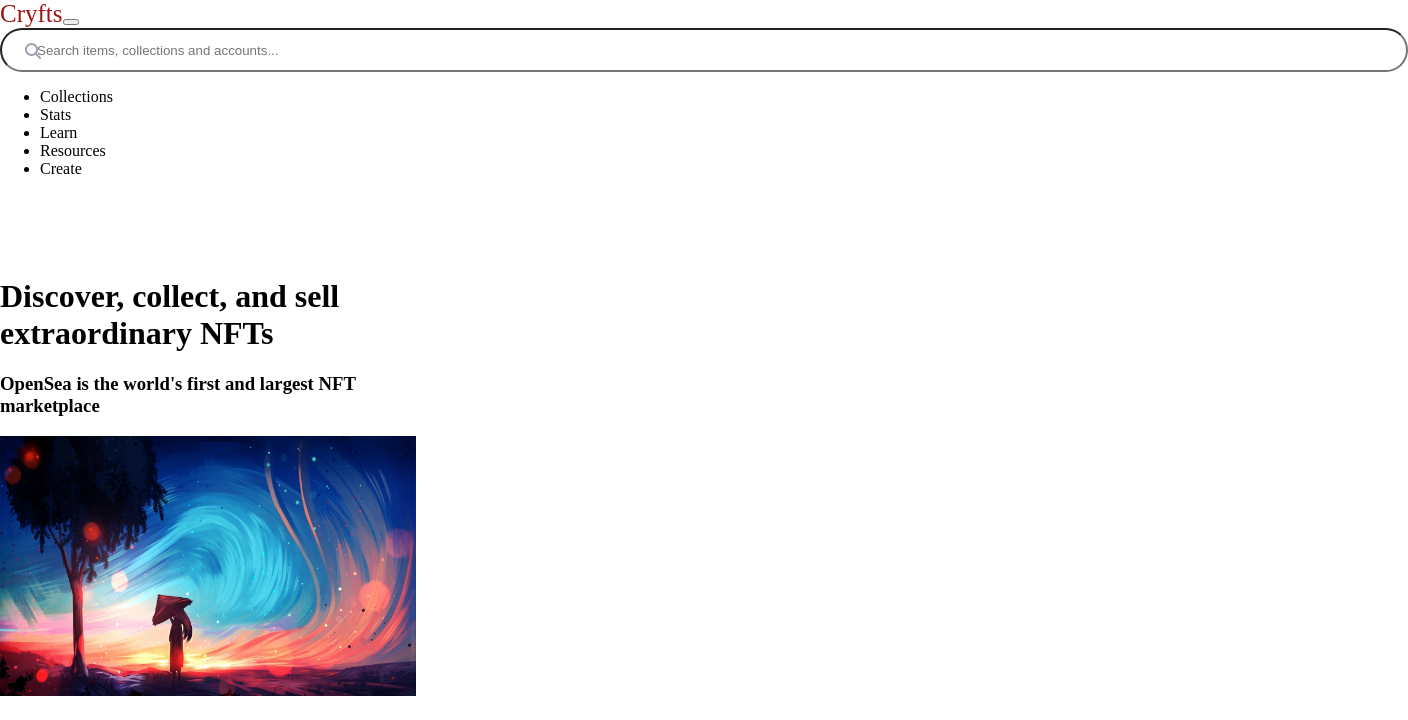
Repository: Huzaifa-2609/opensea_project
Page: /
The author's editor kept a copy of each file at every save. The page is drawn from the files as they stood at one save, then again after the next save.
The browser window is 1280 px wide. The page is 1408 px wide, so the pictures cover 1408 px, including what lies to the right of the window. The pictures show the whole page.
Some web libraries are served in a nearby version. The project was rebuilt for these pictures with package versions that can differ from the ones it lists, and the page was loaded fresh each time. The framework's server and built-in components were replaced by stand-ins that run in the browser. Also part of the build but not shown: next.config.js, styles/Home.module.css.

Above is the page before, as saved 2022-07-09 17:57:09.

### pages/_app.js
import Navbar from '../components/Navbar'
import '../styles/globals.css'
import Head from "next/head"
import Script from 'next/script'
import "../styles/hero.css"
function MyApp({ Component, pageProps }) {
  return(
    <>
    <Script src="https://kit.fontawesome.com/30bda3e318.js" crossorigin="anonymous"></Script>
    <Script src="https://cdn.jsdelivr.net/npm/bootstrap@5.2.0-beta1/dist/js/bootstrap.bundle.min.js" integrity="sha384-pprn3073KE6tl6bjs2QrFaJGz5/SUsLqktiwsUTF55Jfv3qYSDhgCecCxMW52nD2" crossOrigin="anonymous"></Script>
    <Navbar title={"Cryfts"}/>
  <Component {...pageProps} />
  </>
  )
}

export default MyApp

### pages/_document.js
import { Html, Head, Main, NextScript } from 'next/document'

export default function Document() {
  return (
    <Html>
      <Head>
      <link href="https://cdn.jsdelivr.net/npm/bootstrap@5.2.0-beta1/dist/css/bootstrap.min.css" rel="stylesheet" integrity="sha384-0evHe/X+R7YkIZDRvuzKMRqM+OrBnVFBL6DOitfPri4tjfHxaWutUpFmBp4vmVor" crossOrigin="anonymous"/>
      </Head>
      <body>
        <Main />
        <NextScript />
      </body>
    </Html>
  )
}

### pages/index.js
import Head from 'next/head'
import Image from 'next/image'
import Hero from '../components/Hero'
import styles from '../styles/Home.module.css'

export default function Home() {
  return (
    <>
    <div>
      <Head>
        <title>Create Next App</title>
        <meta name="description" content="Generated by create next app" />
        <link rel="icon" href="/favicon.ico" />
      </Head>
         </div>
      <Hero/>
      </>
  )
}

### components/Navbar.js
import React from 'react'
import Link from 'next/link'
import { useRouter } from 'next/router'
const Navbar = (props) => {
  const location=useRouter();
  return (
    <div>
      <nav className="navbar shadow-sm fixed-top navbar-expand-lg navbar-light">
  <div className="container-fluid">
    <a className="navbar-brand text-color fw-bolder ml-2" href="/">{props.title}</a>
    <button className="navbar-toggler" type="button" data-bs-toggle="collapse" data-bs-target="#navbarSupportedContent" aria-controls="navbarSupportedContent" aria-expanded="false" aria-label="Toggle navigation">
      <span className="navbar-toggler-icon"></span>
    </button>

    <div className="collapse navbar-collapse" style={{width:"50%"}} id="navbarSupportedContent">

            <div className="row height d-flex justify-content-center align-items-center">

                <div className="form">
                  <i className="fa fa-search"></i>
                  <input type="text" className="form-control form-input" placeholder="Search items, collections and accounts..."/>
                </div>

            </div>


      <ul className="navbar-nav gap-4 m-auto mb-2 mb-lg-0 fw-bold" style={location.pathname==="/signup"?{visibility:"hidden"}:{}}>
      <li className="nav-item">
          <Link href="/collections/0x7132e1d414161A232c2027aE6C66D7914649bA66"><a className="nav-link " aria-current="page" >Collections</a></Link>
        </li>
        <li className="nav-item">
          <Link href="/"><a className="nav-link" aria-current="page" >Stats</a></Link>
        </li>
        <li className="nav-item">
          <Link href="/"><a className="nav-link " >Learn</a></Link>
        </li>

        <li className="nav-item dropdown">
          <Link href="/"><a className="nav-link dropdown-toggle pe-none"  id="navbarDropdown" role="button" data-bs-toggle="dropdown" aria-expanded="false">
            Resources
          </a></Link>
          <ul className="dropdown-menu" aria-labelledby="navbarDropdown">
            <li><Link href="/"><a className="dropdown-item" >Action</a></Link></li>
            <li><Link href="/"><a className="dropdown-item" >Another action</a></Link></li>
            <li><hr className="dropdown-divider"/></li>
            <li><Link href="/"><a className="dropdown-item" >Something else here</a></Link></li>
          </ul>
        </li>
        <li className="nav-item">
          <Link  href="/"><a className="nav-link">Create</a></Link>
        </li>
      </ul >
      {/* <form className="d-flex" role="search">
        <ul className="navbar-nav gap-3 media" style={location.pathname==="/signup"?{display:"none"}:{}}>
      <li className="nav-item float-right">
          <Link href="/login"><a className="nav-link"  >Sign in</a></Link>
    </li>
      <li className="nav-item mx-2">
    <Link href='/signup'><a className="btn btn1 btn-primary bd-color bg-color"  style={location.pathname==="/signup"?{display:"none"}:{}} type="submit">Get Started</a></Link>
    </li>
        </ul>
      </form> */}
    </div>
  </div>
</nav>
    </div>
  )
}

export default Navbar

### styles/globals.css
:root {
  --light: #9f1313;
  --dark: #8d1212;
}
html,
body {
  padding: 0;
  margin: 0;
  /* font-family: -apple-system, BlinkMacSystemFont, Segoe UI, Roboto, Oxygen,
    Ubuntu, Cantarell, Fira Sans, Droid Sans, Helvetica Neue, sans-serif; */
}

a {
  color: inherit;
  text-decoration: none;
}

* {
  box-sizing: border-box;
}
@media all and (min-width: 992px) {
  .navbar .nav-item .dropdown-menu{ display: none; }
  .navbar .nav-item .nav-link{ border-bottom:3px solid white;  }
  .navbar .nav-item:hover .nav-link{ border-bottom:3px solid var(--light);  }
  .navbar .nav-item:hover .dropdown-menu{ display: block; }
  .navbar .nav-item .dropdown-menu{ margin-top:0; }


}
@media all and (max-width: 992px){
  .pic{display: none;}
  .signup-cls{   margin-top: 15% !important;}
  .signin-cls .card{border:none; box-shadow: none !important;}
  .media{display: none;}
  .empass{flex-direction: column ;}
}

nav {
  /* border-bottom:1px solid #ede4e4; */
  background-color: white;
}
.comp1{
  width: 22rem;
  border: none;

}
.comp{
  margin: 90px 0px;
}
.text-color{
  color: var(--dark);
}
.bg-color{
  background-color: var(--dark);
}
.btn1:hover{
  background-color: var(--light);
  border-color: var(--dark);

}
.bd-color{
  border-color: var(--dark);
}
.navbar-light .navbar-brand{
  color: var(--dark);
}
.navbar-light .navbar-brand:hover{
  color: var(--light);
}
.navbar-brand{
  font-size: 25px;
}
.link-hover :hover{
  color: var(--dark);
}
.form-check-label-color{
  color: var(--dark);
}
.form-outline{
  width: 75%!important;
}
.form-control:focus {
  border-color: #ced4da;
  box-shadow: none!important;
}

/* Navbar search css */
.form{
  position: relative;

}

.form .fa-search{

  position: absolute;
  top:15px;
  left: 25px;
  color: #9ca3af;

}

.form span{

  position: absolute;
  right: 17px;
  top: 13px;
  padding: 2px;
  border-left: 1px solid #d1d5db;

}

.left-pan{
  padding-left: 7px;
}

.left-pan i{

 padding-left: 10px;
}

.form-input{
  width: 220%;
  height: 44px;
  text-indent: 33px;
  border-radius: 40px;
}

.form-input:focus{

  box-shadow: none;
  border:none;
}

### components/Hero.js
import React from "react";
import Image from "next/image";
import img from "../public/nftbg.jpg";

const Hero = () => {
  const style = {
    background: img,
    marginTop: "100px",
  };
  return (
    <>
      <div className="container d-flex justify-content-between bg " style={{ marginTop: "100px",}}>
        <div className="card mb-3 border-0 " style={{ width: "26rem"}}>
          <div className="card-body">
            <h1 className="card-title">Discover, collect, and sell extraordinary NFTs</h1>
            <h3 className="card-subtitle text-muted mt-3">
            OpenSea is the world's first and largest NFT marketplace
            </h3>
          </div>
        </div>
        <div className="card mb-3 border-0 " style={{ width: "26rem"}}>
          <Image src={img} className="card-img-top" alt="..."/>
          {/* <div className="card-body">
            <h1 className="card-title">Discover, collect, and sell extraordinary NFTs</h1>
            <h3 className="card-subtitle text-muted mt-3">
            OpenSea is the world's first and largest NFT marketplace
            </h3>
          </div> */}
        </div>
      </div>
    </>
  );
};

export default Hero;

### styles/hero.css
/* .body{
    background-image: url("../public/nftbg.jpg") center no-repeat;
} */

After the next save:
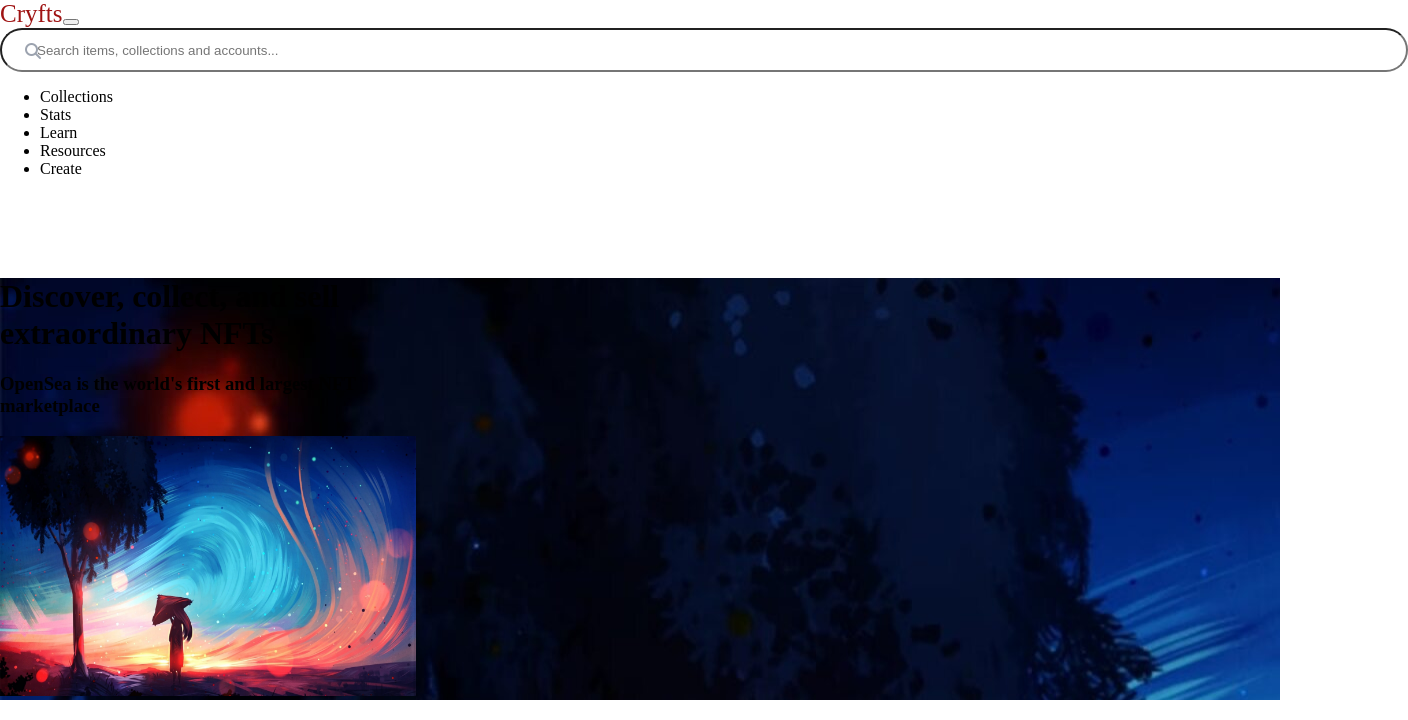
Saved 33 s later.
--- a/styles/hero.css
+++ b/styles/hero.css
@@ -1,3 +1,5 @@
 /* .body{
-    background-image: url("../public/nftbg.jpg") center no-repeat;
 } */
+.bg{
+    background-image: url("../public/nftbg.jpg");
+}

After the save that followed:
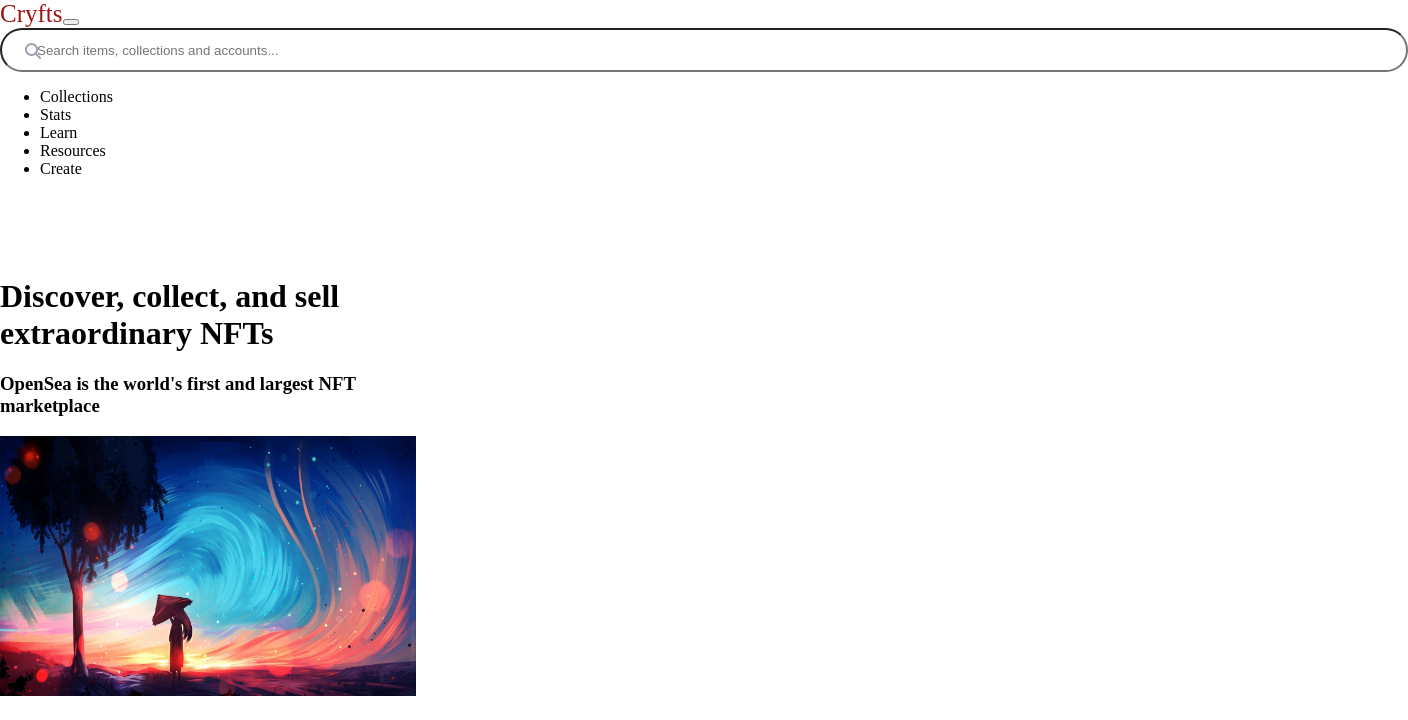
Saved 30 s later.
--- a/styles/hero.css
+++ b/styles/hero.css
@@ -1,5 +1,5 @@
 /* .body{
 } */
 .bg{
-    background-image: url("../public/nftbg.jpg");
+    background-image: url("../public/nftbg.jpg") center center no-repeat;
 }
